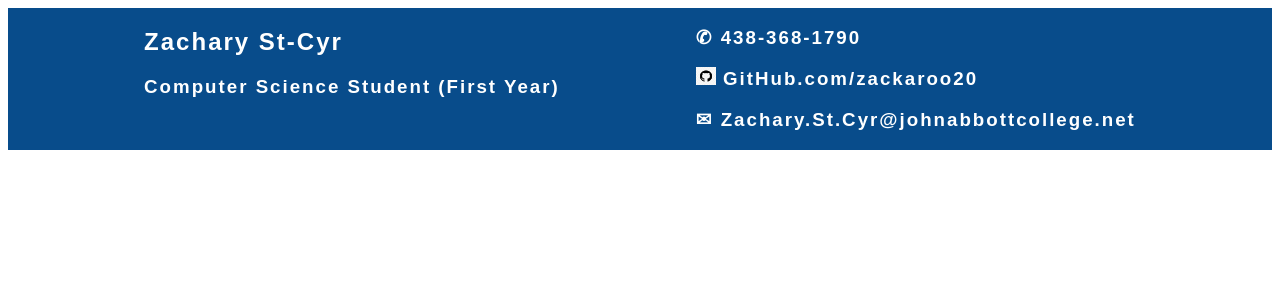
Repository: zackaroo20/zackaroo20
Page: index.html
An editor plug-in stored every save of this project. The page is shown before and after the next save, followed by the edit.
The browser window is 1280 px wide. The pictures show the whole page.

Above is the page before, as saved 2026-05-12 12:41:44.

After the next save:
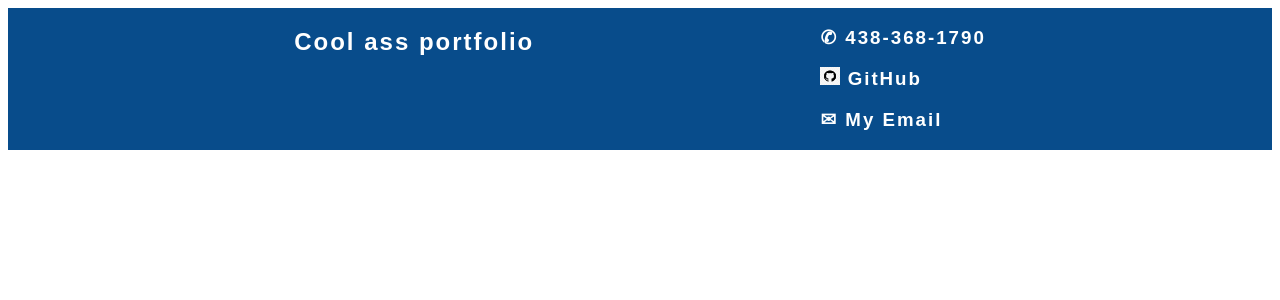
Saved 108 s later.
--- a/index.html
+++ b/index.html
@@ -8,12 +8,12 @@
   </head>
   <header>
         <section>
-            <h1>Zachary St-Cyr  </h1> <h3>Computer Science Student (First Year)</h3>
+            <h1>Cool ass portfolio</h1>
         </section>
         <aside>
             <h3> ✆ 438-368-1790</h3>
-            <h3><a href="https://github.com/zackaroo20"><img src="/assets/specs/GHicon.png  " alt="git hub logo"> GitHub.com/zackaroo20</a></h3>
-            <h3><a href="emailto:tomjerrysc@gmail.com"><p class = longemail>✉ Zachary.St.Cyr@johnabbottcollege.net</p></a></h3>
+            <h3><a href="https://github.com/zackaroo20"><img src="/assets/specs/GHicon.png  " alt="git hub logo"> GitHub</a></h3>
+            <h3><a href="emailto:tomjerrysc@gmail.com"><p class = longemail>✉ My Email</p></a></h3>
 
 
 
